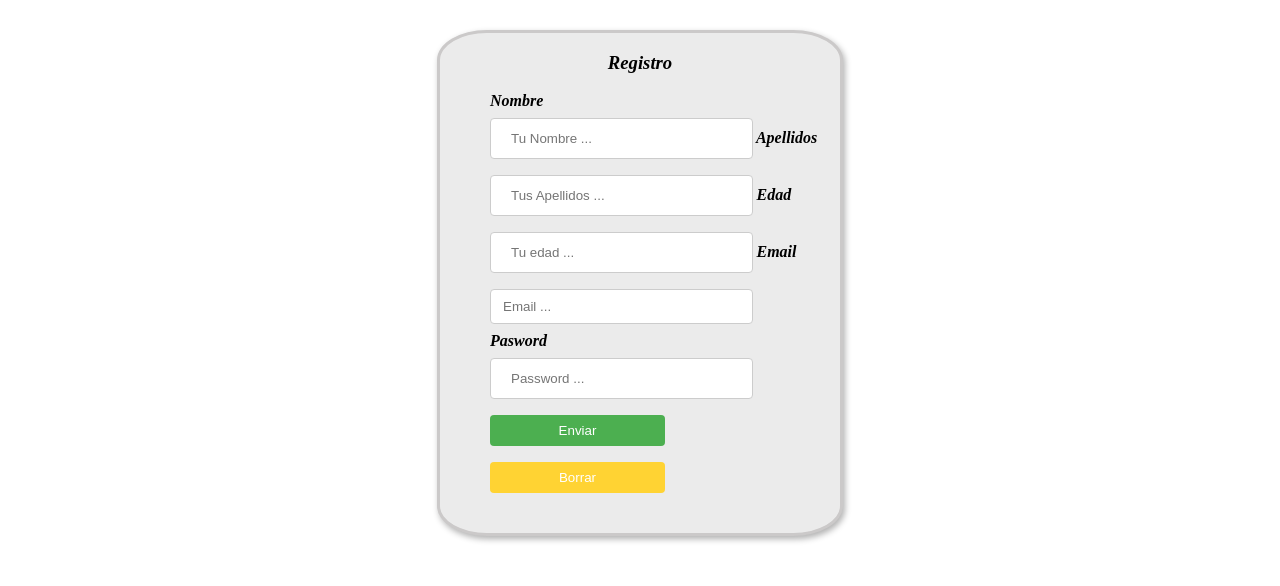
Repository: nachmz42/ProyectoJoker
Page: http://localhost/Joker/registro.jsp
The author's editor kept a copy of each file at every save. The page is drawn from the files as they stood at one save, then again after the next save.
The browser window is 1280 px wide. The pictures show the whole page.
The page is served by Tomcat 9. Other server files are loaded and not shown.

Above is the page before, as saved 2021-07-02 13:06:35.

### Joker/src/main/webapp/registro.jsp
<%@ page language="java" contentType="text/html; charset=ISO-8859-1"
    pageEncoding="ISO-8859-1"%>
<!DOCTYPE html>
<html>
<head>
<meta charset="ISO-8859-1">
<title>Registro</title>
<link rel="stylesheet" href="STYLE/css/registro.css"></link>

</head>
<body>

<div class= "testbox">
<h3>Registro</h3>

<div class="form2">
  <form action="/Joker/ServletResgistro" method="post">
    <label for="nombre">Nombre</label><br>
    <input type="text" id="nombre" name="nombre" placeholder="Tu Nombre ...">

    <label for="apellidos">Apellidos</label><br>
    <input type="text" id="apellidos" name="apellidos" placeholder="Tus Apellidos ...">

    <label for="edad">Edad</label><br>
    <input type="text" id="edad" name="edad" placeholder="Tu edad ...">

    <label for="email">Email</label><br>
    <input type="email" id="email" name="email" placeholder="Email ...">
    <br>
    <label for="password">Pasword</label><br>
    <input type="text" id="password" name="password" placeholder="Password ...">

    <input type="submit" value="Enviar"><br>
    <input type="reset" value="Borrar"><br>
  </form>
</div>

</div>
</body>
</html>

### Joker/src/main/webapp/STYLE/css/registro.css
@charset "ISO-8859-1";



input[type=text], select {
	width: 75%;
	padding: 12px 20px;
	margin: 8px 0;
	display: inline-block;
	border: 1px solid #ccc;
	border-radius: 4px;
	box-sizing: border-box;
}

input[type=email], select {
	width: 75%;
	padding: 9px 12px;
	margin: 8px 0;
	display: inline-block;
	border: 1px solid #ccc;
	border-radius: 4px;
	box-sizing: border-box;
}

input[type=submit] {
	width: 50%;
	background-color: #4CAF50;
	color: white;
	padding: 8px 0px;
	margin: 8px 0;
	border: none;
	border-radius: 4px;
	cursor: pointer;
	Text-align: center;
}

input[type=reset] {
	width: 50%;
	background-color: #FFD333;
	color: white;
	padding: 8px 0px;
	margin: 8px 0;
	border: none;
	border-radius: 4px;
	cursor: pointer;
	Text-align: center;
}


.testbox {
	margin: 30px auto;
	width: 400px;
	height: 500px;
	-webkit-border-radius: 50px/30px;
	-moz-border-radius: 50px/30px;
	border-radius: 50px/30px;
	background-color: #ebebeb;
	-webkit-box-shadow: 2px 3px 6px rgba(0, 0, 0, .31);
	-moz-box-shadow: 2px 3px 6px rgba(0, 0, 0, .31);
	box-shadow: 2px 3px 6px rgba(0, 0, 0, .31);
	border: solid 3px #cbc9c9;
	Text-align: center;
	 font: oblique bold 100% cursive;
}





.form2 {
    Text-align: left;
    width: 350px;
    margin-left: 50px;
}

After the next save:
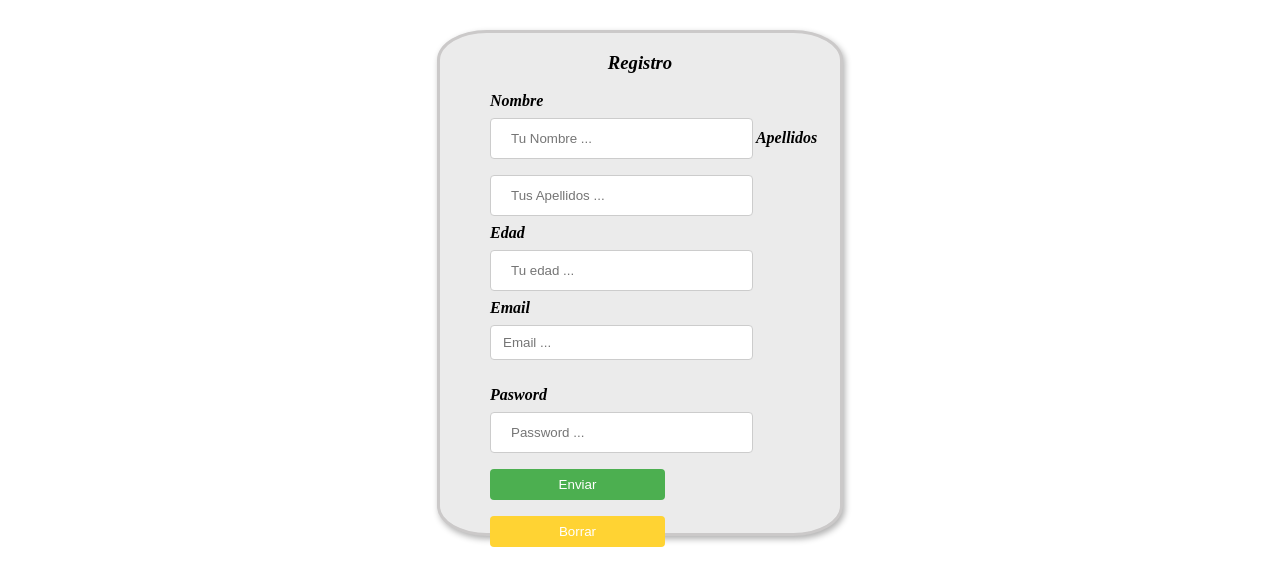
Saved 42 s later.
--- a/Joker/src/main/webapp/registro.jsp
+++ b/Joker/src/main/webapp/registro.jsp
@@ -19,16 +19,16 @@
     <input type="text" id="nombre" name="nombre" placeholder="Tu Nombre ...">
 
     <label for="apellidos">Apellidos</label><br>
-    <input type="text" id="apellidos" name="apellidos" placeholder="Tus Apellidos ...">
+    <input type="text" id="apellidos" name="apellidos" placeholder="Tus Apellidos ..."><br>
 
     <label for="edad">Edad</label><br>
-    <input type="text" id="edad" name="edad" placeholder="Tu edad ...">
+    <input type="text" id="edad" name="edad" placeholder="Tu edad ..."><br>
 
     <label for="email">Email</label><br>
-    <input type="email" id="email" name="email" placeholder="Email ...">
+    <input type="email" id="email" name="email" placeholder="Email ..."><br>
     <br>
     <label for="password">Pasword</label><br>
-    <input type="text" id="password" name="password" placeholder="Password ...">
+    <input type="text" id="password" name="password" placeholder="Password ...">  <br>
 
     <input type="submit" value="Enviar"><br>
     <input type="reset" value="Borrar"><br>
